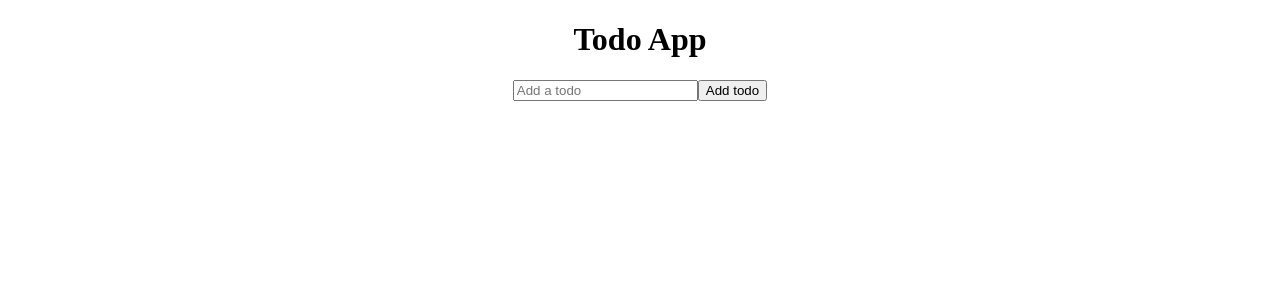
Repository: qqharry21/react-todo-app-v1
Page: /
An editor plug-in stored every save of this project. The page is shown before and after the next save, followed by the edit.
The browser window is 1280 px wide. The pictures show the whole page.
The project was rebuilt for these pictures with package versions that can differ from the ones it lists, and the page was loaded fresh each time.

Above is the page before, as saved 2021-12-25 12:05:21.

### src/index.js
/** @format */

import React from 'react';
import ReactDOM from 'react-dom';

import App from './App';

ReactDOM.render(
  <React.StrictMode>
    <App />
  </React.StrictMode>,
  document.getElementById('root')
);

### src/App.js
/** @format */

import './App.css';
import TodoForm from './components/TodoForm';

function App() {
  return (
    <div className='App'>
      <h1>Todo App</h1>
      <TodoForm />
    </div>
  );
}

export default App;

### src/components/TodoForm.js
/** @format */

import React, { useState } from 'react';

function TodoForm(props) {
  const [input, setInput] = useState('');
  const handleInput = e => {
    setInput(e.target.value);
  };
  const handleSubmit = e => {
    e.preventDefault();
    // props.onSubmit({ id: Math.floor(Math.random() * 100), text: input });
  };
  return (
    <form action='' className='todo-form' onSubmit={handleSubmit}>
      <input
        type='text'
        className='todo-input'
        placeholder='Add a todo'
        name='text'
        value={input}
        onChange={handleInput}
      />
      <button className='todo-button'>Add todo</button>
    </form>
  );
}

export default TodoForm;

### src/components/TodoList.js
/** @format */

import React, { useState } from 'react';
import TodoForm from './TodoForm';
function TodoList() {
  const [todos, setTodos] = useState([]);
  return (
    <div>
      <h1>What's the plan of today?</h1>
      <TodoForm />
    </div>
  );
}

export default TodoList;

Loaded but not shown: public/index.html (common file); src/App.css (common file)

After the next save:
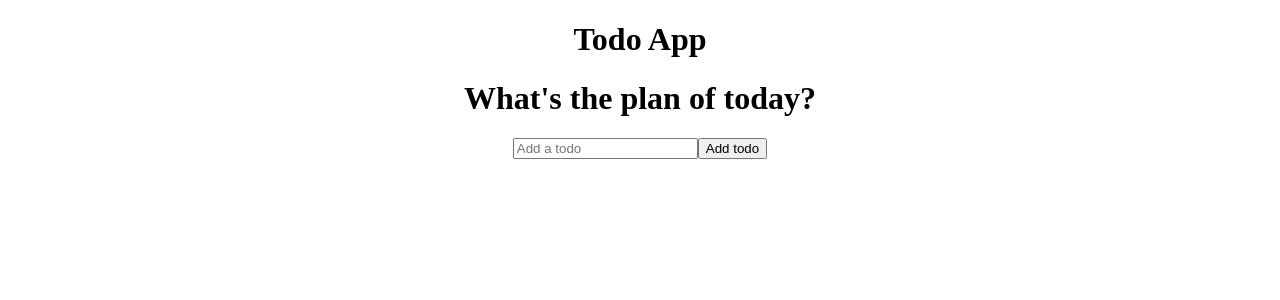
Saved 36 s later.
--- a/src/App.js
+++ b/src/App.js
@@ -1,13 +1,13 @@
 /** @format */
 
 import './App.css';
-import TodoForm from './components/TodoForm';
+import TodoList from './components/TodoList';
 
 function App() {
   return (
     <div className='App'>
       <h1>Todo App</h1>
-      <TodoForm />
+      <TodoList />
     </div>
   );
 }
